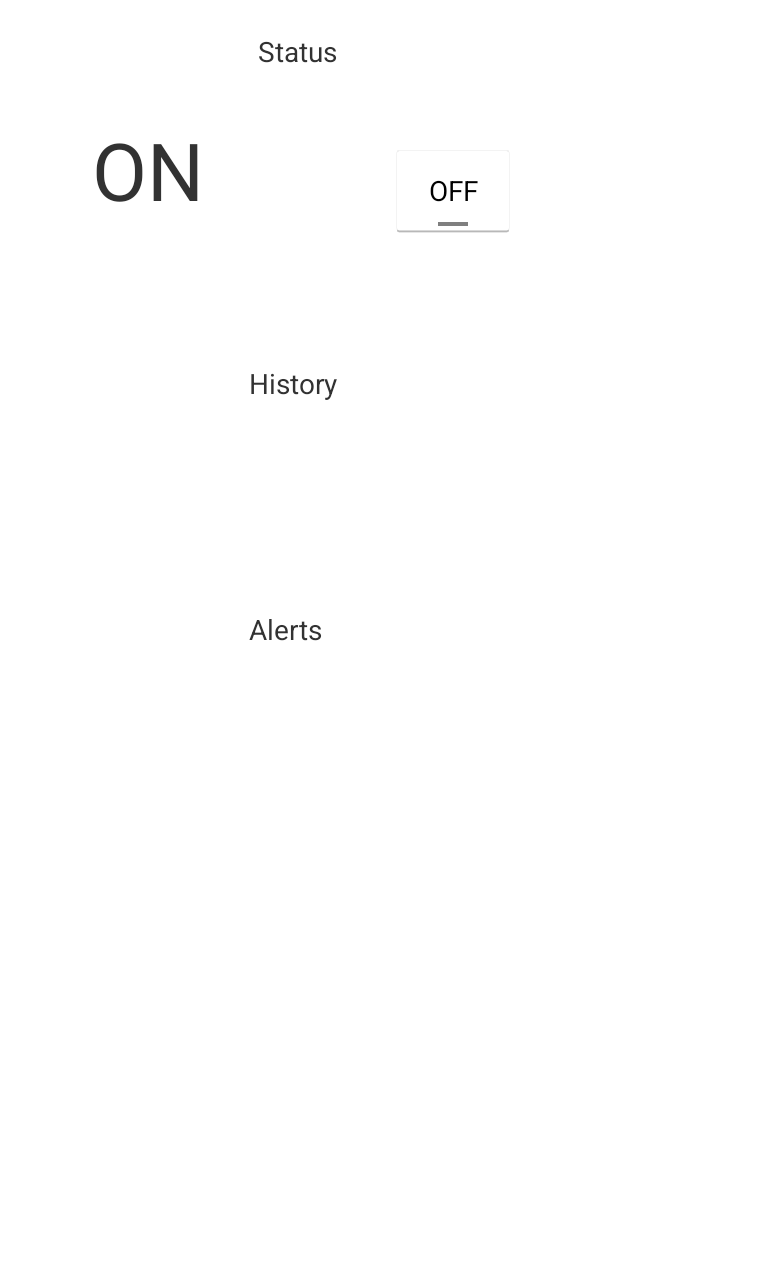
Repository: CTIS-SP-Team5/greenAgent
Layout: Android/GreenAgent/GreenAgent/res/layout/activity_actuator.xml
The author's editor kept a copy of each file at every save. The layout is drawn from the files as they stood at one save, then again after the next save.
It is drawn on a 768 x 1280 px phone screen (xhdpi) without system bars, with theme AppTheme; the app's code is not run.

Above is the layout before, as saved 2014-05-05 17:38:18.

After the next save:
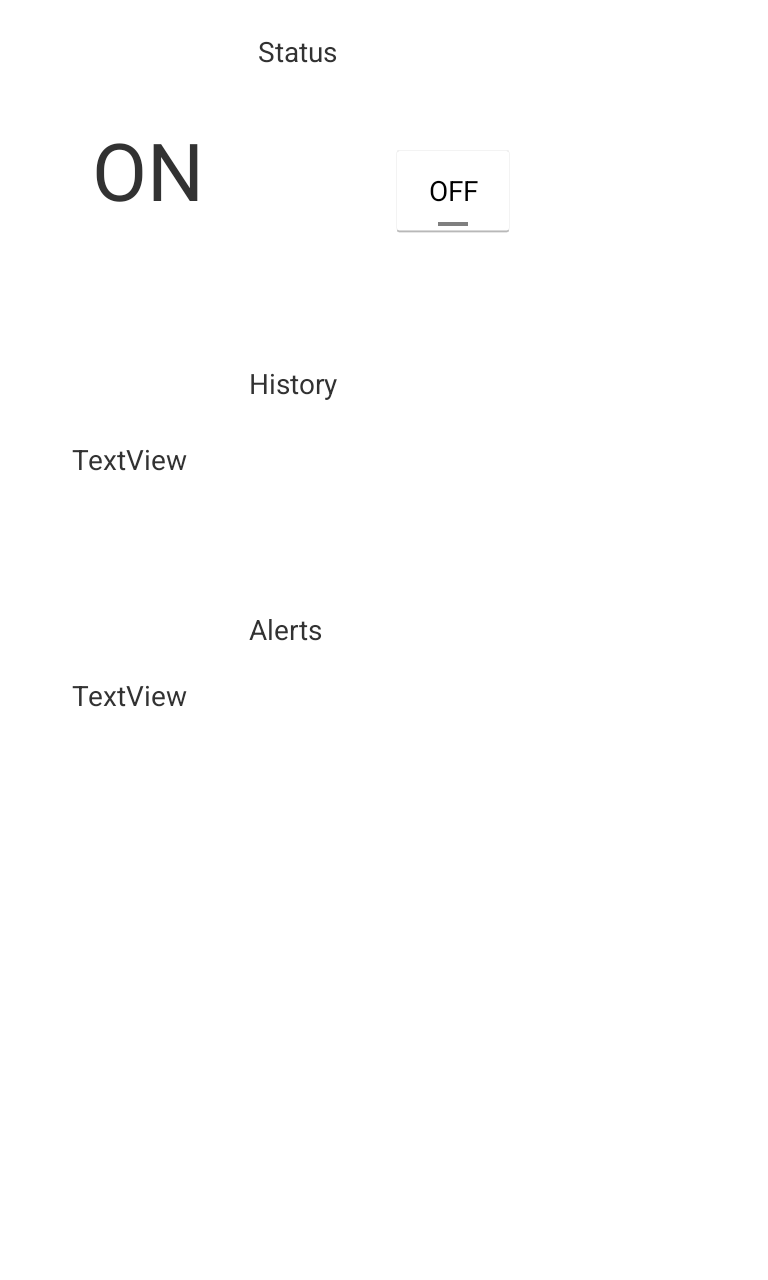
Saved 2 min 3 s later.
--- a/Android/GreenAgent/GreenAgent/res/layout/activity_actuator.xml
+++ b/Android/GreenAgent/GreenAgent/res/layout/activity_actuator.xml
@@ -55,4 +55,23 @@
         android:layout_marginTop="104dp"
         android:text="Alerts" />
 
+    <TextView
+        android:id="@+id/textView5"
+        android:layout_width="wrap_content"
+        android:layout_height="wrap_content"
+        android:layout_alignParentLeft="true"
+        android:layout_below="@+id/textView3"
+        android:layout_marginLeft="20dp"
+        android:layout_marginTop="19dp"
+        android:text="TextView" />
+
+    <TextView
+        android:id="@+id/textView6"
+        android:layout_width="wrap_content"
+        android:layout_height="wrap_content"
+        android:layout_alignLeft="@+id/textView5"
+        android:layout_below="@+id/textView4"
+        android:layout_marginTop="14dp"
+        android:text="TextView" />
+
 </RelativeLayout>
